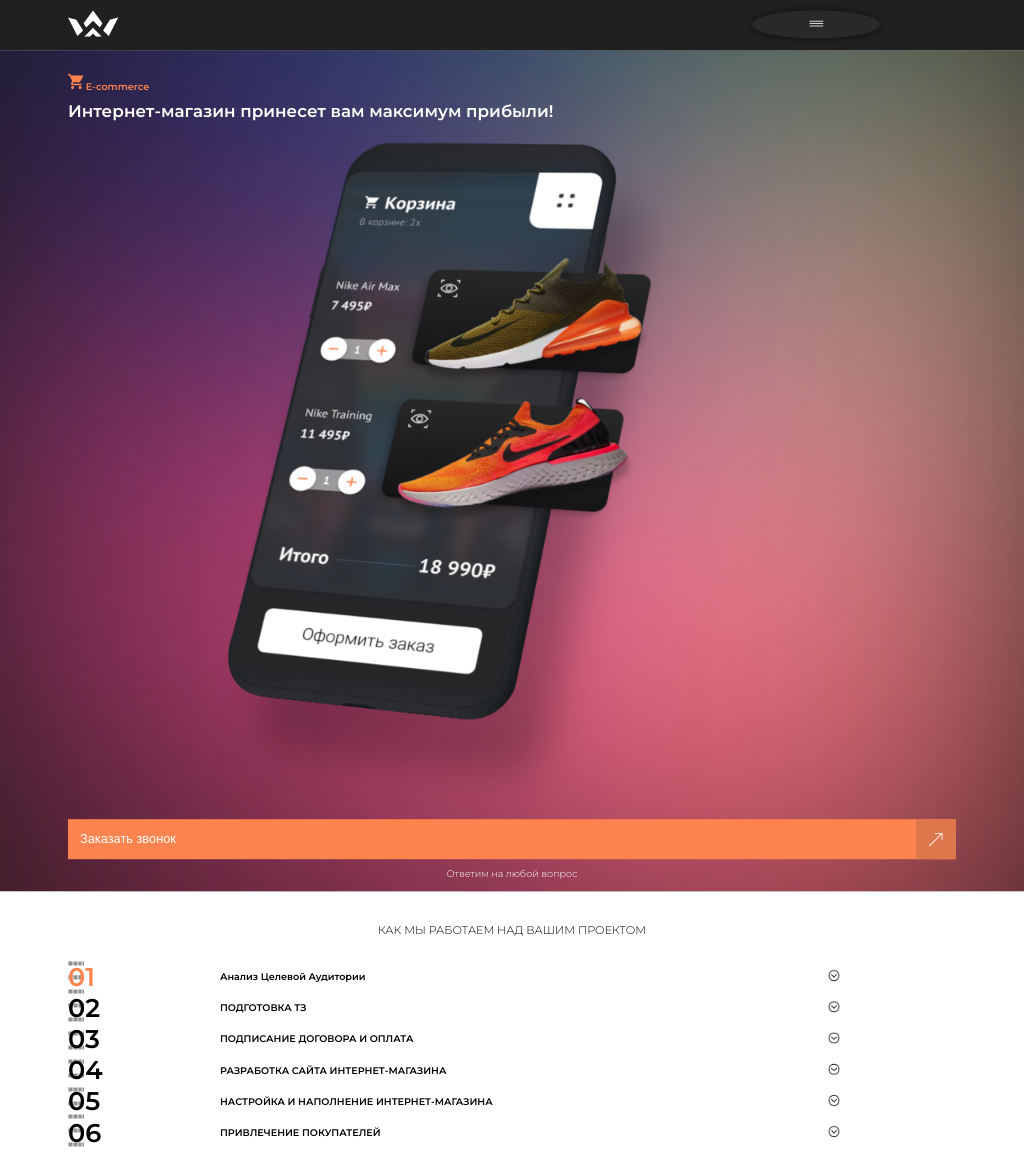
Repository: Gabi0605/my-tests
Page: web_alternative/index.html
These files come from the project's save history. The page is drawn as it stood at one moment and after a run of saves; the edit follows.
The browser window is 1280 px wide. The pictures show the whole page, at 80% of full size.
The style sheet was rebuilt from its Sass, Less or Tailwind sources for each picture, by a compiler version that may differ from the author's.

Above is the page before, as saved 2020-01-19 20:35:58.

### web_alternative/index.html
<!DOCTYPE html>
<html lang="ru">
<head>
    <meta charset="UTF-8">
    <meta name="viewport" content="width=device-width, initial-scale=1.0">
    <meta http-equiv="X-UA-Compatible" content="ie=edge">
    <title>WEB ALTERNATIVE</title>
    <link href="https://fonts.googleapis.com/css?family=Montserrat:300,400,600|Roboto:300,700&display=swap" rel="stylesheet">
    <link rel="stylesheet" href="css/bootstrap-grid.min.css">
    <link rel="stylesheet" href="css/style.css">
</head>
<body>
    <header>
        <div class="container">
            <div class="row">
                <div class="col-4">
                    <div class="logo">
                        <img src="img/svg/logo.svg" alt="">
                    </div>
                </div>
                <div class="col-2 offset-5">
                    <div class="burger">
                        <div class="rect"></div>
                        <div class="rect"></div>
                        <div class="rect"></div>
                    </div>
                </div>
            </div>
        </div>
    </header>
    <div class="call">
        <div class="container">
            <div class="e-commerce">
                <img src="img/svg/shopping-cart.svg" alt=""> E-commerce
            </div>
            <h2>
                Интернет-магазин принесет вам максимум прибыли!
            </h2>
            <div class="row">
                <div class="col-8 offset-2">
                    <img src="img/phone.png" alt="">
                </div>
            </div>
            <button>
                Заказать звонок
            </button>
            <p>Ответим на любой вопрос</p>
        </div>
    </div>
    <div class="work">
        <div class="container">
            <div class="row">
                <div class="col-10 offset-1">
                    <h2>Как мы работаем над вашим проектом</h2>
                </div>
            </div>
            <div class="items">
                <div class="item item-active">
                    <div class="row">
                        <div class="col-2 item__number">01</div>
                        <div class="col-8 item__p">
                            <p>Анализ целевой аудитории</p>
                        </div>
                        <div class="col-2 item__btn">
                            <button><img src="img/arrow-down.png" alt=""></button>
                        </div>
                    </div>
                </div>
                <div class="item">
                    <div class="row">
                        <div class="col-2 item__number">02</div>
                        <div class="col-8 item__p">
                            <p>Подготовка ТЗ</p>
                        </div>
                        <div class="col-2 item__btn">
                            <button><img src="img/arrow-down.png" alt=""></button>
                        </div>
                    </div>
                </div>
                <div class="item">
                    <div class="row">
                        <div class="col-2 item__number">03</div>
                        <div class="col-8 item__p">
                            <p>Подписание договора и оплата</p>
                        </div>
                        <div class="col-2 item__btn">
                            <button><img src="img/arrow-down.png" alt=""></button>
                        </div>
                    </div>
                </div>
                <div class="item">
                    <div class="row">
                        <div class="col-2 item__number">04</div>
                        <div class="col-8 item__p">
                            <p>Разработка сайта интернет-магазина</p>
                        </div>
                        <div class="col-2 item__btn">
                            <button><img src="img/arrow-down.png" alt=""></button>
                        </div>
                    </div>
                </div>
                <div class="item">
                    <div class="row">
                        <div class="col-2 item__number">05</div>
                        <div class="col-8 item__p">
                            <p>Настройка и наполнение интернет-магазина</p>
                        </div>
                        <div class="col-2 item__btn">
                            <button><img src="img/arrow-down.png" alt=""></button>
                        </div>
                    </div>
                </div>
                <div class="item">
                    <div class="row">
                        <div class="col-2 item__number">06</div>
                        <div class="col-8 item__p">
                            <p>Привлечение покупателей</p>
                        </div>
                        <div class="col-2 item__btn">
                            <button><img src="img/arrow-down.png" alt=""></button>
                        </div>
                    </div>
                </div>
            </div>
        </div>
    </div>
</body>
</html>

### web_alternative/less/style.less
*{
    margin: 0;
    padding: 0;
    box-sizing: border-box;
}
.montserrat{
    font-family: 'Montserrat', sans-serif;
}
.roboto{
    font-family: 'Roboto', sans-serif;
}
p{
    .montserrat;
    font-size: 12px;
    line-height: 15px;
}
@background: #171718;
@gray: #202020;
@burger: #292929;
@orange: #FF834E;
@darkorange: #DE774B;
body{
    .montserrat
}
img{
    max-width: 100%;
}
button{
    background: none;
    border: none;
    cursor: pointer;
    &:focus{
        outline: none;
    }
}

header{
    background: @gray;
    padding: 13px 0;
    .burger{
        background: @burger;
        border-radius: 50%;
        box-shadow: 0 0 10px rgba(0, 0, 0, 0.5);
        min-width: 35px;
        min-height: 35px;
        display: flex;
        flex-direction: column;
        justify-content: center;
        align-items: center;
        .rect{
            min-width: 17px;
            max-width: 50%;
            height: 1px;
            background: #fff;
            margin-bottom: 2px;
        }
    }
}
.call{
    background: @background;
    background-image: url(../img/mobile-background-block-one.png);
    background-size: cover;
    padding: 29px 0 15px;
    .e-commerce{
        color: @orange;
        font-weight: 600;
        font-size: 12px;
        line-height: 15px;
    }
    h2{
        color: #fff;
        font-weight: 600;
        font-size: 21px;
        line-height: 28px;
        padding: 10px 0 24px;
    }
    button{
        background: @orange;
        color: #fff;
        font-weight: 400;
        font-size: 16px;
        line-height: 20px;
        padding: 15px;
        border: none;
        width: 100%;
        text-align: left;
        position: relative;
        &::after{
            content: "";
            position: absolute;
            top: 0;
            bottom: 0;
            right: 0;
            width: 50px;
            background: @darkorange;
            background-image: url(../img/svg/Union.svg);
            background-repeat: no-repeat;
            background-position: center;
        }
    }
    p{
        font-weight: 300;
        font-size: 12px;
        line-height: 15px;
        color: #fff;
        text-align: center;
        padding-top: 10px;
    }
}
.work{
    padding: 40px 0 30px;
    h2{
        font-size: 14px;
        line-height: 17px;
        font-weight: 300;
        text-transform: uppercase;
        text-align: center;
        padding-bottom: 30px;
    }
    .items{
        position: relative;
        &::before{
            content: '';
            background: url(../img/svg/Vector.svg);
            position: absolute;
            top: 0;
            bottom: 0;
            left: 0;
            width: 20px;
        }
    }
    .item{
        &__number{
            font-size: 32px;
            line-height: 39px;
            font-weight: 600;
        }
        &__p{
            text-transform: uppercase;
            font-size: 12px;
            line-height: 15px;
            font-weight: 600;
            display: flex;
            align-items: center;
        }
        &__btn{
            text-align: right;
            display: flex;
            align-items: center;
        }
        &-active{
            .item__number{
                color: @orange;
            }
            .item__p{
                text-transform: capitalize;
            }
        }
    }
}

Loaded but not shown: web_alternative/css/bootstrap-grid.min.css (library)

After the next 2 saves:
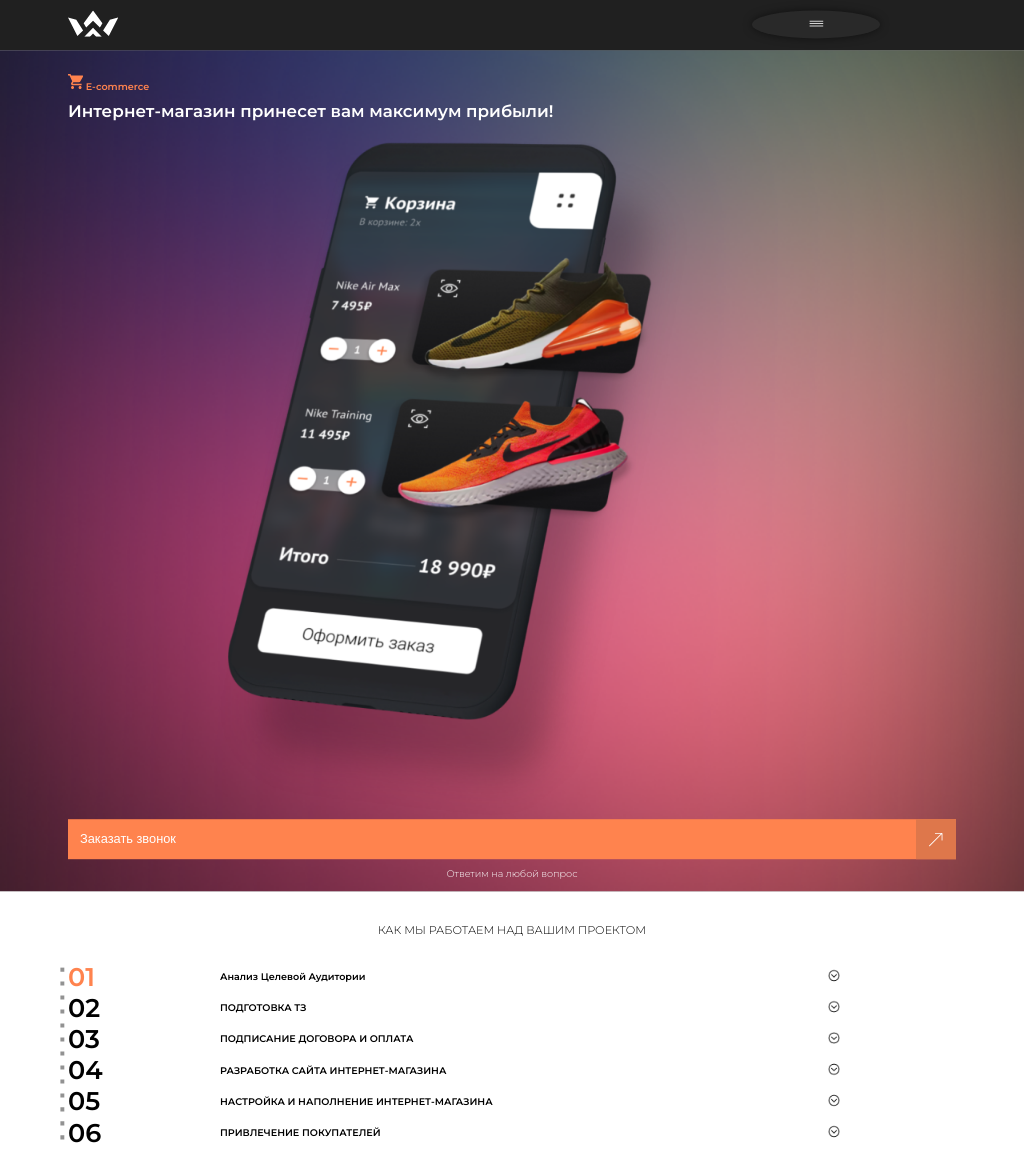
The 2 saves are shown as one change because they came seconds apart.
The last was saved 76 s later.
--- a/web_alternative/less/style.less
+++ b/web_alternative/less/style.less
@@ -123,10 +123,10 @@
             content: '';
             background: url(../img/svg/Vector.svg);
             position: absolute;
-            top: 0;
-            bottom: 0;
-            left: 0;
-            width: 20px;
+            top: 8px;
+            bottom: 0px;
+            left: -10px;
+            width: 6px;
         }
     }
     .item{
